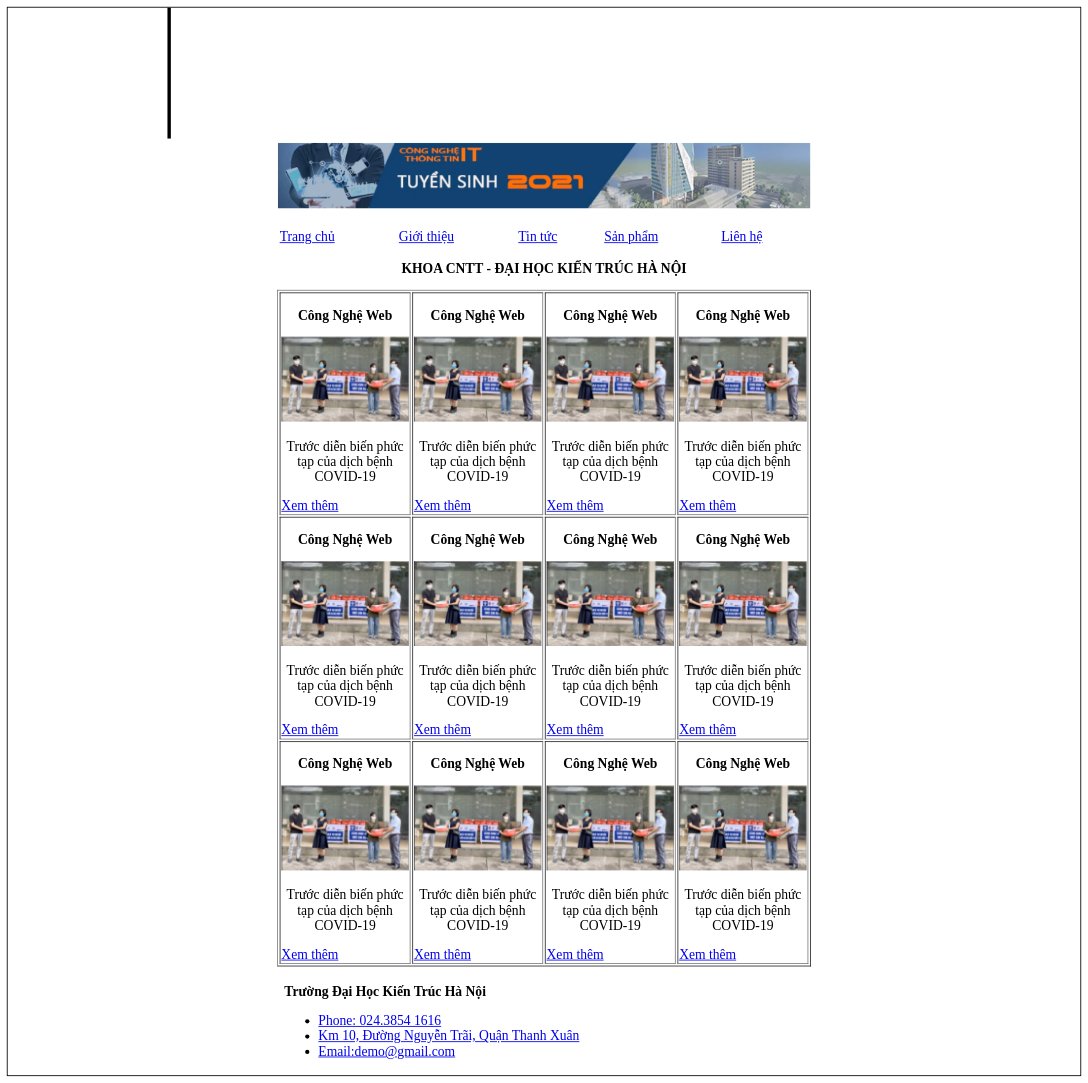
Repository: longtn213/Frond_end_HTML-CSS
Page: Front-End/Demohtml/baitapbuoi2.html
These files come from the project's save history. The page is drawn as it stood at one moment and after the next save; the edit follows.
The browser window is 1280 px wide. The pictures show the whole page, at 85% of full size.

Above is the page before, as saved 2021-09-09 14:46:18.

### Front-End/Demohtml/baitapbuoi2.html
<!DOCTYPE html>
<html>

<head>
	<meta charset="utf-8">
	<title>Bai tap</title>
	<style type="text/css">
		bdy {
			width: 30%;
			margin: 0 auto;
		}
	</style>
</head>

<body style="border: 1px solid #000;">
	<div class="ngancach" style="display: inline-block; padding-top:150px ; margin-left: 188px;;border: 2px solid #000;">

	</div>
	<center>
		<img class="anhtop" width="628px" src="./img/slider.png"">
	</center>
		<br>
        <center>
            <table width=" 628px">
		<tr>
			<td>
				<a href="#">Trang chủ</a>
			</td>
			<td>
				<a href="#">Giới thiệu</a>
			</td>
			<td>
				<a href="#">Tin tức</a>
			</td>
			<td>
				<a href="#">Sản phẩm</a>
			</td>
			<td>
				<a href="#">Liên hệ</a>
			</td>
		</tr>
		</table>
	</center>



	<center>
		<p>
			<b>
				KHOA CNTT - ĐẠI HỌC KIẾN TRÚC HÀ NỘI
			</b>
		</p>
		<table width="100px" border="1">
			<tr>
				<td>
					<center>
						<p>
							<b>Công Nghệ Web</b>
						</p>
						<img src="/img/img1.png" width="150px" height="100px"><br>
						<p>
							Trước diễn biến phức tạp của dịch bệnh COVID-19
						</p>
					</center>
					<a href="#">Xem thêm</a>
				</td>
				<td>
					<center>
						<p>
							<b>Công Nghệ Web</b>
						</p>
						<img src="/img/img1.png" width="150px" height="100px"><br>
						<p>
							Trước diễn biến phức tạp của dịch bệnh COVID-19
						</p>
					</center>
					<a href="#">Xem thêm</a>
				</td>
				<td>
					<center>
						<p>
							<b>Công Nghệ Web</b>
						</p>
						<img src="/img/img1.png" width="150px" height="100px"><br>
						<p>
							Trước diễn biến phức tạp của dịch bệnh COVID-19
						</p>
					</center>
					<a href="#">Xem thêm</a>
				</td>
				<td>
					<center>
						<p>
							<b>Công Nghệ Web</b>
						</p>
						<img src="/img/img1.png" width="150px" height="100px"><br>
						<p>
							Trước diễn biến phức tạp của dịch bệnh COVID-19
						</p>
					</center>
					<a href="#">Xem thêm</a>
				</td>
			</tr>
			<tr>
				<td>
					<center>
						<p>
							<b>Công Nghệ Web</b>
						</p>
						<img src="/img/img1.png" width="150px" height="100px"><br>
						<p>
							Trước diễn biến phức tạp của dịch bệnh COVID-19
						</p>
					</center>
					<a href="#">Xem thêm</a>
				</td>
				<td>
					<center>
						<p>
							<b>Công Nghệ Web</b>
						</p>
						<img src="/img/img1.png" width="150px" height="100px"><br>
						<p>
							Trước diễn biến phức tạp của dịch bệnh COVID-19
						</p>
					</center>
					<a href="#">Xem thêm</a>
				</td>
				<td>
					<center>
						<p>
							<b>Công Nghệ Web</b>
						</p>
						<img src="/img/img1.png" width="150px" height="100px"><br>
						<p>
							Trước diễn biến phức tạp của dịch bệnh COVID-19
						</p>
					</center>
					<a href="#">Xem thêm</a>
				</td>
				<td>
					<center>
						<p>
							<b>Công Nghệ Web</b>
						</p>
						<img src="/img/img1.png" width="150px" height="100px"><br>
						<p>
							Trước diễn biến phức tạp của dịch bệnh COVID-19
						</p>
					</center>
					<a href="#">Xem thêm</a>
				</td>
			</tr>
			<tr>
				<td>
					<center>
						<p>
							<b>Công Nghệ Web</b>
						</p>
						<img src="/img/img1.png" width="150px" height="100px"><br>
						<p>
							Trước diễn biến phức tạp của dịch bệnh COVID-19
						</p>
					</center>
					<a href="#">Xem thêm</a>
				</td>
				<td>
					<center>
						<p>
							<b>Công Nghệ Web</b>
						</p>
						<img src="/img/img1.png" width="150px" height="100px"><br>
						<p>
							Trước diễn biến phức tạp của dịch bệnh COVID-19
						</p>
					</center>
					<a href="#">Xem thêm</a>
				</td>
				<td>
					<center>
						<p>
							<b>Công Nghệ Web</b>
						</p>
						<img src="/img/img1.png" width="150px" height="100px"><br>
						<p>
							Trước diễn biến phức tạp của dịch bệnh COVID-19
						</p>
					</center>
					<a href="#">Xem thêm</a>
				</td>
				<td>
					<center>
						<p>
							<b>Công Nghệ Web</b>
						</p>
						<img src="/img/img1.png" width="150px" height="100px"><br>
						<p>
							Trước diễn biến phức tạp của dịch bệnh COVID-19
						</p>
					</center>
					<a href="#">Xem thêm</a>
				</td>
			</tr>
		</table>
		<br>
		<table width="628px">
			<tr>
				<td colspan="3">
				</td>
				<td colspan="2">
					<b>Trường Đại Học Kiến Trúc Hà Nội</b>
					<ul>
						<li>
							<a href="#">Phone: 024.3854 1616</a>
						</li>
						<li>
							<a href="#">Km 10, Đường Nguyễn Trãi, Quận Thanh Xuân</a>
						</li>
						<li>
							<a href="#">Email:demo@gmail.com</a>
						</li>
					</ul>
				</td>
			</tr>
		</table>
	</center>





</body>

</html>

After the next save:
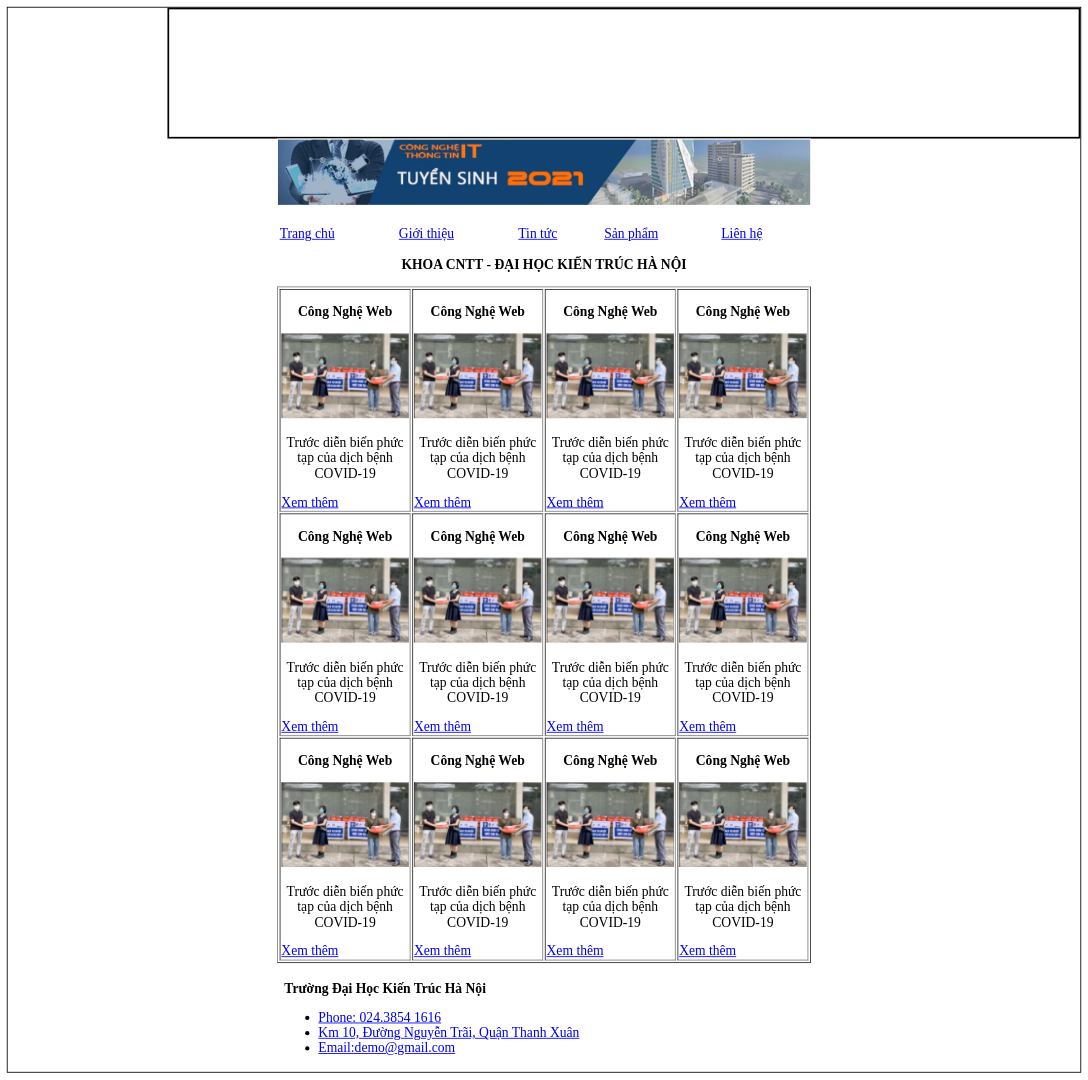
Saved 17 s later.
--- a/Front-End/Demohtml/baitapbuoi2.html
+++ b/Front-End/Demohtml/baitapbuoi2.html
@@ -13,7 +13,7 @@
 </head>
 
 <body style="border: 1px solid #000;">
-	<div class="ngancach" style="display: inline-block; padding-top:150px ; margin-left: 188px;;border: 2px solid #000;">
+	<div class="ngancach" style="display: block; padding-top:150px ; margin-left: 188px;;border: 2px solid #000;">
 
 	</div>
 	<center>

After the save that followed:
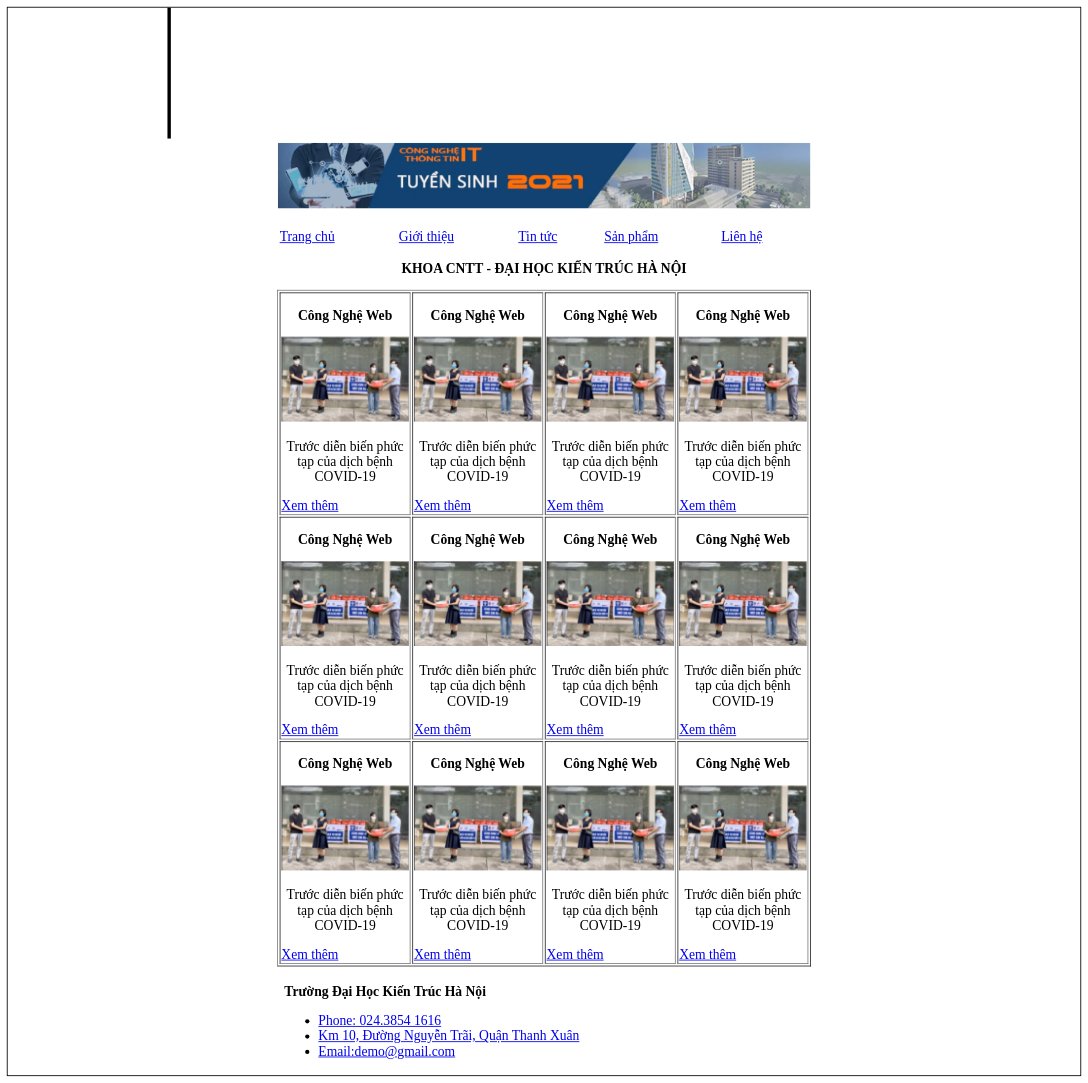
Saved 13 s later.
--- a/Front-End/Demohtml/baitapbuoi2.html
+++ b/Front-End/Demohtml/baitapbuoi2.html
@@ -13,7 +13,7 @@
 </head>
 
 <body style="border: 1px solid #000;">
-	<div class="ngancach" style="display: block; padding-top:150px ; margin-left: 188px;;border: 2px solid #000;">
+	<div class="ngancach" style="display: inline-block; padding-top:150px ; margin-left: 188px;;border: 2px solid #000;">
 
 	</div>
 	<center>
